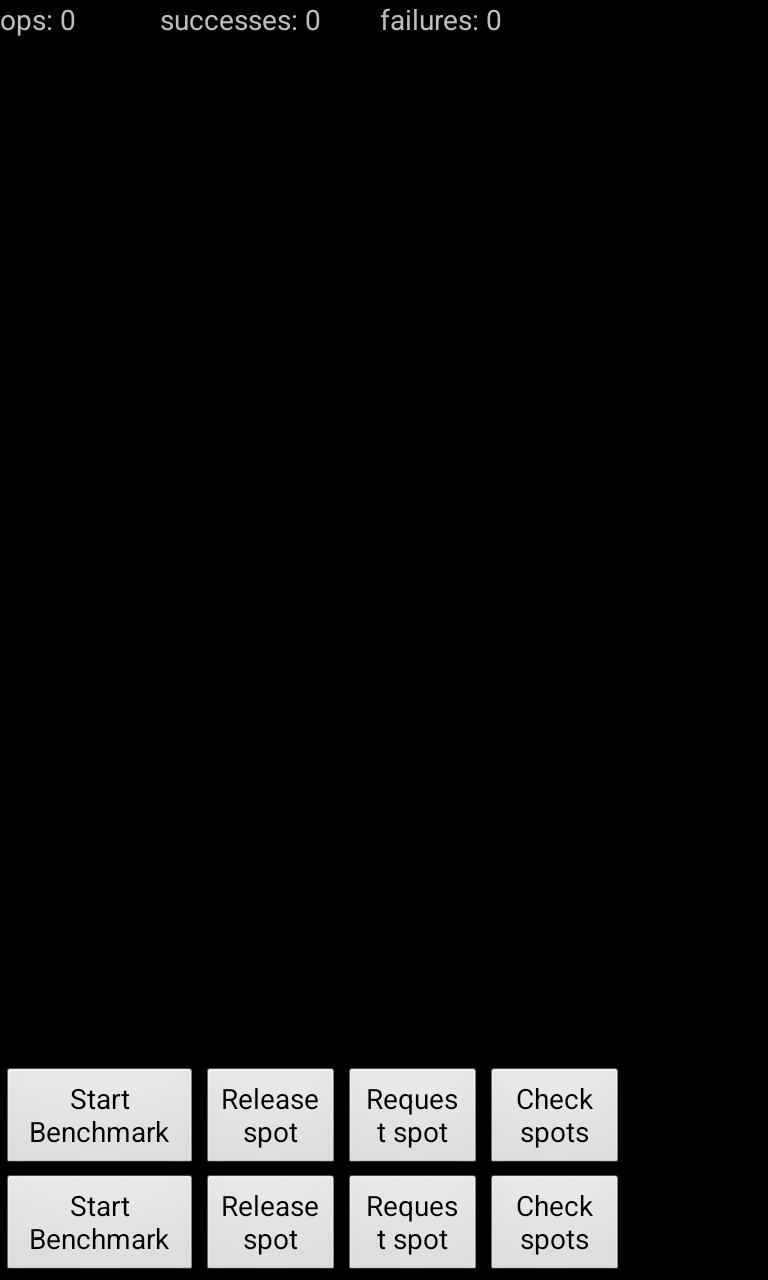
Repository: jasongao/csmcode
Layout: current/workspace/SMCloud/res/layout/main.xml
The author's editor kept a copy of each file at every save. The layout is drawn from the files as they stood at one save, then again after a run of saves.
It is drawn on a 768 x 1280 px phone screen (xhdpi) without system bars, with theme android:Theme; the app's code is not run. Lists and similar views that code fills are empty.

Above is the layout before, as saved 2011-07-14 16:12:52.

After the next 2 saves:
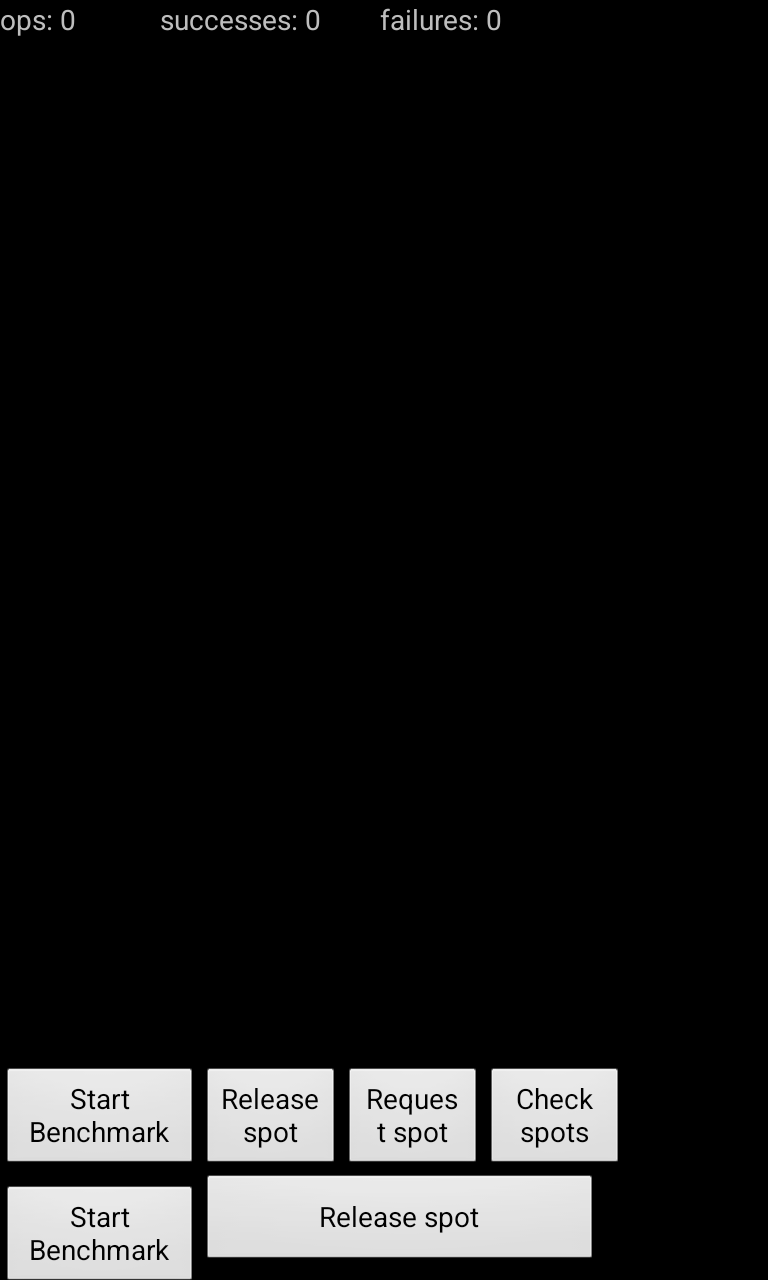
The 2 saves are shown as one change because they came seconds apart.
The last was saved 13 s later.
--- a/current/workspace/SMCloud/res/layout/main.xml
+++ b/current/workspace/SMCloud/res/layout/main.xml
@@ -41,13 +41,8 @@
 			android:layout_width="100dip" android:text="Start Benchmark"
 			android:id="@+id/testcsm_button"></Button>
 		<Button android:layout_height="wrap_content"
-			android:layout_width="71dip" android:text="Release spot"
+			android:layout_width="200dip" android:text="Release spot"
 			android:id="@+id/releaseparking_button"></Button>
-		<Button android:layout_height="wrap_content"
-			android:layout_width="71dip" android:text="Request spot"
-			android:id="@+id/requestparking_button"></Button>
-		<Button android:layout_height="wrap_content"
-			android:layout_width="71dip" android:text="Check spots" android:id="@+id/readparking_button"></Button>
 	</LinearLayout>
 
 </LinearLayout>
